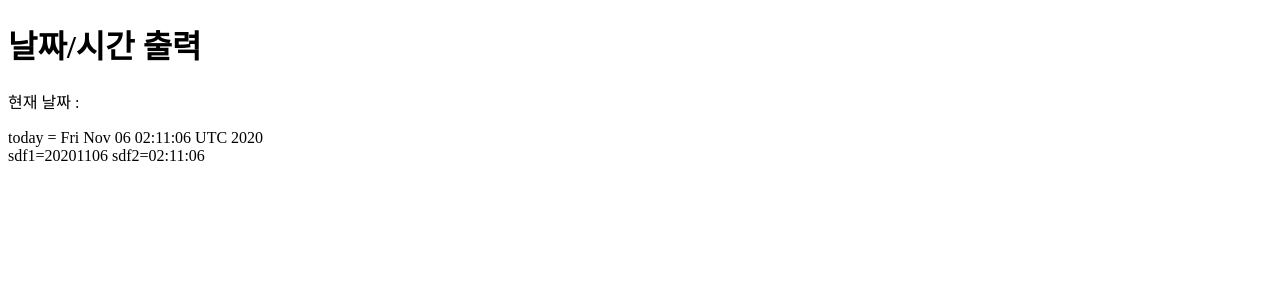
Repository: tngus3580/tngus3580
Page: http://localhost/20201109a/test4.jsp
The author's editor kept a copy of each file at every save. The page is drawn from the files as they stood at one save, then again after the next save.
The browser window is 1280 px wide. The pictures show the whole page.
The page is served by Tomcat 9.

Above is the page before, as saved 2020-11-09 07:06:32.

### 20201109a/WebContent/test4.jsp
<%@page import="java.text.SimpleDateFormat"%>
<%@page import="java.util.Date" %>

<%@ page language="java" contentType="text/html; charset=UTF-8"
    pageEncoding="UTF-8"%>
<!DOCTYPE html>
<html>
<head>
<meta charset="UTF-8">
<title>Insert title here</title>
</head>
<body>
<h1>날짜/시간 출력</h1>
<p>현재 날짜 : </p>

<%
		Date today = new Date();
		out.println("today = "+today+"<br>");
		SimpleDateFormat sdf1 = new SimpleDateFormat("yyyyMMdd");
		SimpleDateFormat sdf2 = new SimpleDateFormat("hh:mm:ss");

		out.println("sdf1=" + sdf1.format(today));
		out.println("sdf2=" + sdf2.format(today));
	%>
</body>
</html>

After the next save:
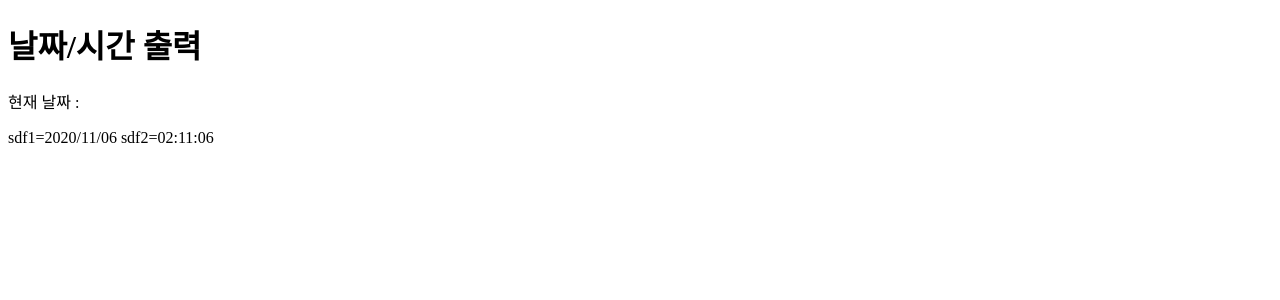
Saved 51 s later.
--- a/20201109a/WebContent/test4.jsp
+++ b/20201109a/WebContent/test4.jsp
@@ -15,8 +15,7 @@
 
 <%
 		Date today = new Date();
-		out.println("today = "+today+"<br>");
-		SimpleDateFormat sdf1 = new SimpleDateFormat("yyyyMMdd");
+		SimpleDateFormat sdf1 = new SimpleDateFormat("yyyy/MM/dd");
 		SimpleDateFormat sdf2 = new SimpleDateFormat("hh:mm:ss");
 
 		out.println("sdf1=" + sdf1.format(today));
